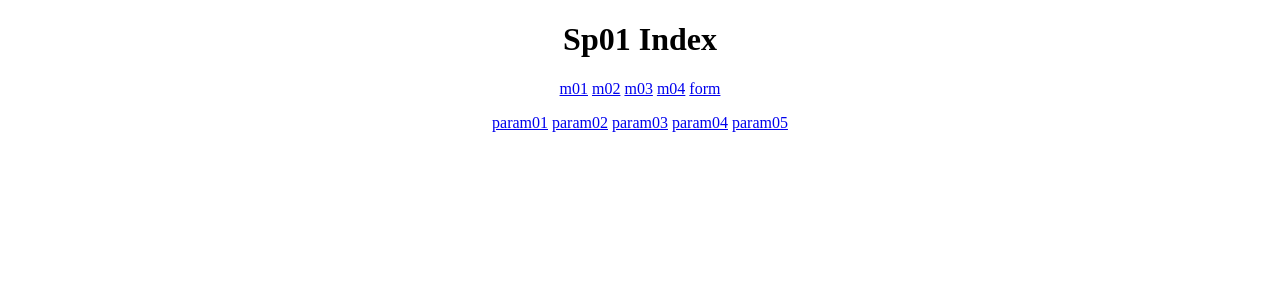
Repository: cksdnr3/springMVC
Page: http://localhost/Sp01/
An editor plug-in stored every save of this project. The page is shown before and after the next save, followed by the edit.
The browser window is 1280 px wide. The pictures show the whole page.
The page is served by Tomcat 9.

Above is the page before, as saved 2021-04-06 02:52:01.

After the next save:
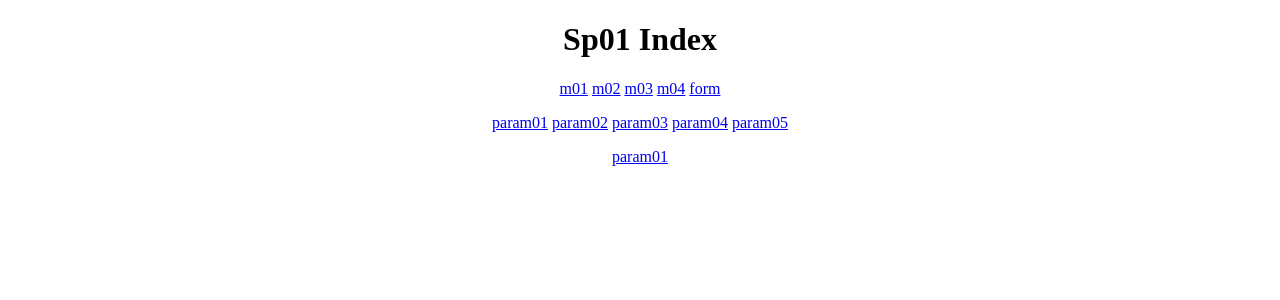
Saved 1 s later.
--- a/Sp01/src/main/webapp/WEB-INF/views/index.jsp
+++ b/Sp01/src/main/webapp/WEB-INF/views/index.jsp
@@ -24,5 +24,9 @@
 	<a href="test/param4?ns=노찬욱 &ns=류슬기&ns=이정현">param04</a>
 	<a href="test/param5?names=노찬욱 &names=류슬기&names=이정현">param05</a>
 	</p>
+
+	<p>
+	<a href="test/param6?name[0]=홍길동 &age=20">param01</a>
+	</p>
 </body>
 </html>
